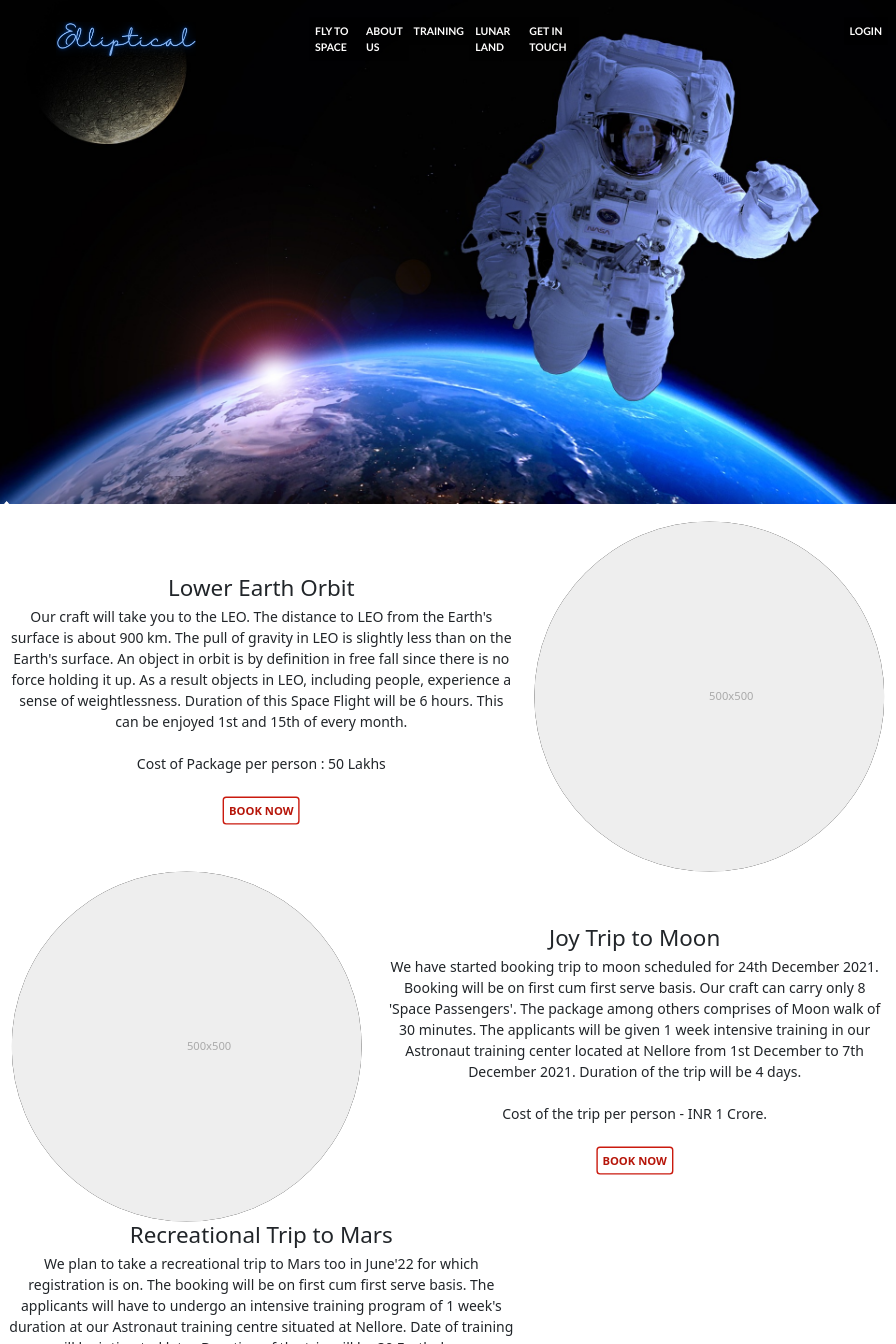
Repository: sarthakkathpalia/elliptical
Page: html/home.html
An editor plug-in stored every save of this project. The page is shown before and after the next save, followed by the edit.
The browser window is 1280 px wide. The pictures show the part of the page from y = 0 to 1920 px (the page is 4107 px tall), at 70% of full size.
Some web libraries are served in a nearby version.

Above is the page before, as saved 2021-10-31 16:11:27.
Console error: ReferenceError: emailjs is not defined

### html/home.html
<!doctype html>
<html lang="en">
  <head>
    <!-- Required meta tags -->
    <meta charset="utf-8">
    <meta name="viewport" content="width=device-width, initial-scale=1">

    <!-- Bootstrap CSS -->
    <link href="https://cdn.jsdelivr.net/npm/bootstrap@5.1.3/dist/css/bootstrap.min.css" rel="stylesheet" integrity="sha384-1BmE4kWBq78iYhFldvKuhfTAU6auU8tT94WrHftjDbrCEXSU1oBoqyl2QvZ6jIW3" crossorigin="anonymous">
    <link rel="stylesheet" href="/Css/home.css">
    <script type="text/javascript" src="https://cdn.jsdelivr.net/npm/emailjs-com@3/dist/email.min.js"></script>
    <link rel="stylesheet" href="https://cdn.jsdelivr.net/npm/bootstrap-icons@1.6.1/font/bootstrap-icons.css">

    <script type="text/javascript">
    (function() {
    emailjs.init("user_RQy2NQAr1UeMOoaw4Cpgi");
    })();
    </script>
    <title>XYZ</title>
  </head>
  <body>

    <nav class="navbar navbar-expand-lg ">

      <a class="logo" href="#">
        <img src="./Ellip1.png" alt="Elliptical" width="200px" height="50px">
      </a>

        <div class="container">
        <!-- <button class="navbar-toggler" type="button" data-bs-toggle="collapse" data-bs-target="#navbarNavDropdown" aria-controls="navbarNavDropdown" aria-expanded="false" aria-label="Toggle navigation">
          <span class="navbar-toggler-icon"></span>
        </button> -->

        <div class="collapse navbar-collapse" id="navbarNavDropdown">
          <ul class="navbar-nav ">
            <li class="nav-item">
              <a class="nav-link" href="login.html">FLY TO SPACE</a>
            </li>
            <li class="nav-item">
              <a class="nav-link" href="#section2">About Us</a>
            </li>
            <li class="nav-item">
            <li class="nav-item">
                <a class="nav-link" href="test.html">Training</a>
            </li>
              <a class="nav-link" href="#">Lunar Land</a>
            </li>
            <li class="nav-item">
              <a class="nav-link" href="#contact">Get In Touch</a>
            </li>
            <li class="nav-item login">
              <a class="nav-link" href="login.html">Login</a>
            </li>
          </ul>
            <!-- <li class="nav-item dropdown">
              <a class="nav-link dropdown-toggle" href="#" id="navbarDropdownMenuLink" role="button" data-bs-toggle="dropdown" aria-expanded="false">
                Dropdown link
              </a>
              <ul class="dropdown-menu" aria-labelledby="navbarDropdownMenuLink">
                <li><a class="dropdown-item" href="#">Action</a></li>
                <li><a class="dropdown-item" href="#">Another action</a></li>
                <li><a class="dropdown-item" href="#">Something else here</a></li>
              </ul>
            </li> -->



            <!-- <div class="right ms-auto">
            <a class="nav-link" href="#"></a>
          </div>
          <input type="checkbox" id="check"> -->
    <!-- <label for="check">
      <i class="bi bi-bag" id="btn"></i>
      <i class="bi bi-x-square" id="cancel"></i>
    </label> -->
    <!-- <div class="sidebar">
      <header>Shop</header>
      <a href="#" class="active">
        <i class="bi bi-caret-right"></i>
        <span>Dashboard</span>
      </a>
      <a href="#">
        <i class="bi bi-caret-right"></i>
        <span>Shortcuts</span>
      </a>
      <a href="#">
        <i class="bi bi-caret-right"></i>
        <span>Overview</span>
      </a>
      <a href="#">
        <i class="bi bi-caret-right"></i>
        <span>Events</span>
      </a>
      <a href="#">
        <i class="bi bi-caret-right"></i>
        <span>About</span>
      </a>
      <a href="#">
        <i class="bi bi-caret-right"></i>
        <span>Services</span>
      </a>
      <a href="#">
        <i class="bi bi-caret-right"></i>
        <span>Contact</span>
      </a>
    </div> -->
        </div>
      </div>
    </nav>





    <div class="home vh-100 d-flex align-items-center " id="home">
      <div class="container ">
          <div class="row">
              <div class="col-lg-7 mx-auto text-center">
                  <!-- <h1 class="display-4 ">Elliptical</h1> -->
                  <!-- <p class=" my-3">Lorem ipsum dolor sit amet, consectetur adipisicing elit. Eaque quia
                      sequi eius. Quas, totam aliquid. Repudiandae reiciendis vel excepturi ipsa voluptate dicta!
                  </p> -->
              </div>
          </div>
      </div>
  </div>


      <a id="arrow" class = "arrow" href="#home "><i class="up"></i></a>
      <a id="arrow" class = "arrow" href="#section2 "><i class="down"></i></a>







<div class="container marketing">



  <div id="fly" class="con1 ">
  <div class="row featurette align-items-center">
    <div class="col-md-7">
      <h2 class="featurette-heading">Lower Earth Orbit </h2>
      <p class="lead">Our craft will take you to the LEO. The distance to LEO from the Earth's surface is about 900 km. The pull of gravity in LEO is slightly less than on the Earth's surface. An object in orbit is by definition in free fall since there is no force holding it up. As a result objects in LEO, including people, experience a sense of weightlessness.
        Duration of this Space Flight will be 6 hours. This can be enjoyed 1st and 15th of every month.
        <br><br>
        Cost of Package per person : 50 Lakhs</p>
<br>
      <div class="Booknow">
        <a  href="login.html">Book Now</a>
      </div>

    </div>
    <div class="col-md-5">
      <!-- <img src="cosmos.jpg" alt=""> -->
      <svg class="bd-placeholder-img bd-placeholder-img-lg featurette-image img-fluid mx-auto" width="500" height="500" xmlns="http://www.w3.org/2000/svg" role="img" aria-label="Placeholder: 500x500" preserveAspectRatio="xMidYMid slice" focusable="false"><title>Placeholder</title><rect width="100%" height="100%" fill="#eee"></rect><text x="50%" y="50%" fill="#aaa" dy=".3em">500x500</text></svg>

    </div>
  </div>
</div>


<div id="fly" class="con2">
  <div class="row featurette align-items-center">
    <div class="col-md-7 order-md-2">
      <h2 class="featurette-heading">Joy Trip to Moon </h2>
      <p class="lead">We have started booking trip to moon scheduled for 24th December 2021. Booking will be on first cum first serve basis. Our craft can carry only 8 'Space Passengers'. The package among others comprises of Moon walk of 30 minutes. The applicants will be given 1 week intensive training in our Astronaut training center located at Nellore from 1st December to 7th December 2021. Duration of the trip will be 4 days. <br><br>Cost of the trip per person - INR 1 Crore.</p>
      <br>
      <div class="Booknow">
        <a  href="login.html">Book Now</a>
      </div>
    </div>
    <div class="col-md-5 order-md-1">
      <svg class="bd-placeholder-img bd-placeholder-img-lg featurette-image img-fluid mx-auto" width="500" height="500" xmlns="http://www.w3.org/2000/svg" role="img" aria-label="Placeholder: 500x500" preserveAspectRatio="xMidYMid slice" focusable="false"><title>Placeholder</title><rect width="100%" height="100%" fill="#eee"></rect><text x="50%" y="50%" fill="#aaa" dy=".3em">500x500</text></svg>

    </div>
  </div>
</div>


<div id="fly" class="con3">
  <div class="row featurette align-items-center">
    <div class="col-md-7">
      <h2 class="featurette-heading">Recreational Trip to Mars</h2>
      <p class="lead">We plan to take a recreational trip to Mars too in June'22 for which registration is on. The booking will be on first cum first serve basis. The applicants will have to undergo an intensive training program of 1 week's duration at our Astronaut training centre situated at Nellore. Date of training will be intimated later. Duration of the trip will be 30 Earth days. <br><br>Cost of the trip per person - INR 2 Crores.</p>
      <br>
      <div class="Booknow">
        <a  href="login.html">Book Now</a>
      </div>
    </div>
    <div class="col-md-5">
      <!-- <svg class="bd-placeholder-img bd-placeholder-img-lg featurette-image img-fluid mx-auto" width="500" height="500" xmlns="http://www.w3.org/2000/svg" role="img" aria-label="Placeholder: 500x500" preserveAspectRatio="xMidYMid slice" focusable="false"><title>Placeholder</title><rect width="100%" height="100%" fill="#eee"></rect><text x="50%" y="50%" fill="#aaa" dy=".3em">500x500</text></svg> -->

    </div>
  </div>
</div>


<div id="fly" class="con4 ">
<div class="row featurette align-items-center">
  <div class="col-md-7 order-md-2">
    <h2 class="featurette-heading">Honey To Moon </h2>
    <p class="lead">We have a special package for Honeymooners. The newly wedded couples can now choose to go to Moon for their Honeymoon for a period of 3 days. The package among others has provision if Moon Walk for the couple for 30 minutes duration. The craft has a special cabin for Honeymooners to provide privacy. <br><br>Discounted cost of Package per Couple - INR 1.5 Crores.</p>
    <br>
    <div class="Booknow">
      <a  href="login.html">Book Now</a>
    </div>
  </div>
  <div class="col-md-5 order-md-1">
    <svg class="bd-placeholder-img bd-placeholder-img-lg featurette-image img-fluid mx-auto" width="500" height="500" xmlns="http://www.w3.org/2000/svg" role="img" aria-label="Placeholder: 500x500" preserveAspectRatio="xMidYMid slice" focusable="false"><title>Placeholder</title><rect width="100%" height="100%" fill="#eee"></rect><text x="50%" y="50%" fill="#aaa" dy=".3em">500x500</text></svg>

  </div>
</div>
</div>
</div>

  <!-- <div class="col-md-5">
    <svg class="bd-placeholder-img bd-placeholder-img-lg featurette-image img-fluid mx-auto" width="500" height="500" xmlns="http://www.w3.org/2000/svg" role="img" aria-label="Placeholder: 500x500" preserveAspectRatio="xMidYMid slice" focusable="false"><title>Placeholder</title><rect width="100%" height="100%" fill="#eee"></rect><text x="50%" y="50%" fill="#aaa" dy=".3em">500x500</text></svg>

  </div>
</div>
</div> -->

<!-- <section id="services">

  <div class="container">
      <div class="row  mb-5">
          <div class=" col-md-8 mx-auto text-center">

              <h1 data-aos="fade-up">Reviews</h1>
              <p>Lorem ipsum dolor sit amet consectetur nisi necessitatibus repellat distinctio eveniet eaque fuga
                  in cumque optio consectetur harum vitae debitis sapiente praesentium aperiam aut</p>
          </div>
      </div>
      <div class="row g-4">
          <div class="col-lg-4 col-sm-6">
              <div class="service card-effect bounceInUp">
                  <div class="iconbox">
                      <i class='bx bxs-check-shield'></i>
                  </div>
                  <h5 class="mt-4 mb-2">x</h5>
                  <p>Lorem ipsum dolor sit amet consectetur adipisicing elit. Nihil perspiciatis illo asperiores
                      perferendis </p>
              </div>
          </div>
          <div class="col-lg-4 col-sm-6">
              <div class="service card-effect">
                  <div class="iconbox">
                      <i class='bx bxs-comment-detail'></i>
                  </div>
                  <h5 class="mt-4 mb-2">y</h5>
                  <p>Lorem ipsum dolor sit amet consectetur adipisicing elit. Nihil perspiciatis illo asperiores
                      perferendis </p>
              </div>
          </div>
          <div class="col-lg-4 col-sm-6">
              <div class="service card-effect">
                  <div class="iconbox">
                      <i class='bx bxs-cog'></i>
                  </div>
                  <h5 class="mt-4 mb-2">z</h5>
                  <p>Lorem ipsum dolor sit amet consectetur adipisicing elit. Nihil perspiciatis illo asperiores
                      perferendis </p>
              </div>
          </div>
         </div>

  </div>
</section> -->
<main id=section2>
  <div class=" section2 container ">
    <div class="row ">
      <div class="col-lg-6 ">
          <h1 data-js="reveal" class="display-4 ">About Us</h1>
          <p  data-js="reveal" class=" my-3">
            Our planet Earth has about 8 Billion people and hardly 650 of them have been lucky enough who got the opportunity to travel in space under various missions. In 2020, Elliptical opened the doors for common citizens to explore space, not under any Government Mission but on a joy trip on a Space Craft owned by us named __(space craft name). It is a matter of pride that we will be the first Indian company to start space travel as a private enterprise. Our first trip to Moon is scheduled for 24th December 2021 from 'Sriharikota' and later in June'22 we plan to take a trip to Mars too. However we have not restricted our spectrum of activities to Space Travel only but we also undertake training of people for Space Travel and besides we are authorised company for sale of Lunar Land!!
          </p>
      </div>
    </div>
</div>
</main>
<div id= "contact" class="form">

  <h2>Get in Touch</h2>
  <label htmlFor="name">Name</label>
  <input type="text" id="name"/>
  <label htmlFor="City">City</label>
  <input type="text" id="city"/>
  <label htmlFor="email">E-Mail</label>
  <input type="email" id="email"/>
  <label>Contact Details</label>
  <textarea  rows="7" cols="100"  id="message" ></textarea>
  <button class="b1" onclick="sendEmail()">Submit</button>
</div>



<footer class="py-3 my-0">
  <!-- <ul class="nav justify-content-center border-bottom pb-3 mb-3">
    <li class="nav-item"><a href="#" class="nav-link px-2 text-muted">Home</a></li>
    <li class="nav-item"><a href="#" class="nav-link px-2 text-muted">Features</a></li>
    <li class="nav-item"><a href="#" class="nav-link px-2 text-muted">Pricing</a></li>
    <li class="nav-item"><a href="#" class="nav-link px-2 text-muted">FAQs</a></li>
    <li class="nav-item"><a href="#" class="nav-link px-2 text-muted">About</a></li>
  </ul> -->
  <p class="text-center text-muted">© 2021 Elliptical, Inc</p>
</footer>



    <!-- Optional JavaScript; choose one of the two! -->

    <!-- Option 1: Bootstrap Bundle with Popper -->
    <script src="https://cdn.jsdelivr.net/npm/bootstrap@5.1.3/dist/js/bootstrap.bundle.min.js" integrity="sha384-ka7Sk0Gln4gmtz2MlQnikT1wXgYsOg+OMhuP+IlRH9sENBO0LRn5q+8nbTov4+1p" crossorigin="anonymous"></script>

    <!-- Option 2: Separate Popper and Bootstrap JS -->
    <!--
    <script src="https://cdn.jsdelivr.net/npm/@popperjs/core@2.10.2/dist/umd/popper.min.js" integrity="sha384-7+zCNj/IqJ95wo16oMtfsKbZ9ccEh31eOz1HGyDuCQ6wgnyJNSYdrPa03rtR1zdB" crossorigin="anonymous"></script>
    <script src="https://cdn.jsdelivr.net/npm/bootstrap@5.1.3/dist/js/bootstrap.min.js" integrity="sha384-QJHtvGhmr9XOIpI6YVutG+2QOK9T+ZnN4kzFN1RtK3zEFEIsxhlmWl5/YESvpZ13" crossorigin="anonymous"></script>
    -->
    <script src="/main.js"></script>
  </body>
</html>

### Css/home.css

*{
    margin: 0;
    padding: 0;
    box-sizing: border-box;
}
.bd-placeholder-img{
    background-color: #000000;
/* background: url("/Images/moonphase.jpg"); */
}
.logo{
    /* background-color: white; */
   /* margin: 0px; */
   margin-left: 80px;
   /* margin-top: -70px; */
}
.navbar-nav{
    font-weight: bold;
    text-transform: uppercase;
    margin-left: 150px;
    font-size: 15px;
    font-family: 'Gill Sans', 'Gill Sans MT', Calibri, 'Trebuchet MS', sans-serif;
}

.navbar{
    position: fixed;
    z-index: 10;
    margin-top: 17px;
    width: 100%;

}
.navbar-nav a{
    color: rgb(255, 254, 253);
    background-color: rgba(0, 0, 0, 0.459);

}

.navbar-nav a:hover{
    color: rgb(78, 168, 209);

}
.home{
    position: relative;
    background-image: url(/Images/astronaut.jpg);
    background-size: cover;
    background-position: center;
}
.home .row{
    margin-top: 350px;
}
.home h1{
    color: rgb(255, 255, 255);
    font-weight: bold;
}
.home p{
    color: antiquewhite;
}
.row a{
    border: 2px solid wheat;
    color: aliceblue;
}
.row a:hover{
    transition: 0.2s;
    transform: translateY(5%);
    font-size: 18px;
    border: 2px solid wheat;
    color: aliceblue;
}
.right{
    color: white;
    margin-top: 10px;
    margin-left: 20px;
    margin-right: 20px;
}

.right a{
   color: white;
   font-weight: bold;
   text-transform: uppercase;

   font-size: 15px;
   font-family: 'Gill Sans', 'Gill Sans MT', Calibri, 'Trebuchet MS', sans-serif;
}
.right a:hover{
    color: rgb(78, 168, 209);
    text-decoration: underline;
    transition: 0.5s;
   font-size: 18px;
   transform: translateY(-8%);

}
.nav-item a:focus{
    color:black;
}

section {

    height:700px;

  }
  .service{
    padding: 25px;
    box-shadow: 5px 8px 22px rgba(0, 0, 0, 0.199);
    transition: all 0.35s ease;
  }

  .service:hover{
    box-shadow: 5px 8px 22px rgba(38, 17, 66, 0.205);
    transform: translateY(5px);

  }


   #section2 .container {

    height:650px;

    background-image: url(/Images/moonphase.jpg);
    background-repeat: no-repeat;
    background-size: cover;
    background-position: center;
    max-width: 100%;
    text-align: center;

  }

  .section2 h1{
    text-align: center;
    font-weight: bold;
    color: #b93632;
    padding-bottom: 47px;

  }
  .section2 p{

    padding-bottom: 50px;
    font-size: 20px;
  }

  .section2 .row{
    display: flex;
     max-width: 100%;
    padding: 70px;
     justify-content: center;
     margin-bottom:150px ;
    color: aliceblue;
    font-size: 18px;
  }
  [data-reveal="text"]{
      opacity: 0;

  }
  [data-js="reveal"].loaded [data-reveal="text"]{
      opacity:1;
      animation:reveal-text 1.5s ease;

  }
  @keyframes reveal-text {
      0%{
         opacity: 0;

      }
      50%{

          opacity: 1;
      }

    }

    .marketing{


      background-size: cover;
      background-position: center;
      max-width: 100%;

    }


      footer {
        background-color: #000000e7;
        margin-bottom: 0%;
        /* background-image:url(/Images/cosmos.jpg) ; */
      }
      .form{

        height: 820px;
        font-family: 'Gill Sans', 'Gill Sans MT', Calibri, 'Trebuchet MS', sans-serif;
        font-weight: bolder;
        padding-top: 80px;
        padding-left: 200px;
        /* background-image:url("/Images/contact.jpg"); */

        display: flex;
        color: rgba(255, 255, 255, 0.904);
        flex-direction: column;
        background-image: url(/Images/rotating-earth.gif);
         background-repeat: no-repeat;
         background-size: cover;
         background-position: center;
    }

    input,textarea{
        /* background-color: slategrey; */
        background: transparent;
        border-color: rgba(255, 255, 255, 0.918);
        border-width: 3px;
        color: white;
    }
    textarea{
        width:350px;

        border-radius: 8px;

    }
    input{
        width:350px;
        height: 30px;
        border-radius: 8px;
    }

    label{
        font-size: 20px;
        margin-top: 30px;
        margin-bottom: 3px;
    }
    .b1{
        margin-top: 20px;
        color: rgba(255, 255, 255, 0.911);
        background-color:#000000 ;
        padding: 18px;
        font-size: 25px;
        width: 350px;
        border-radius: 8px;
    }
    .b1:hover{
        background-color: white;
        color: black;
    }
    svg{
        clip-path: circle();

    }
    i{
        border: solid white;
        border-width: 0 3px 3px 0;
        display: inline-block;
        padding: 8px;

    }

    .up{
        transform:rotate(-135deg);
    }
    .down{

        transform: rotate(45deg);
    }

.login{
    margin-left: 380px;
}



.featurette{
    text-align: center;
}
.Booknow a{
    color:rgb(182, 21, 9);
    text-decoration: none;
    padding: 7px;
    font-weight: bold;
    text-transform: uppercase;
    border-radius: 5px;
    border: 2px solid rgb(202, 26, 14);
}
.Booknow a:hover{
    background-color: rgb(202, 26, 14);
    padding: 8px;
    font-weight: normal;
    font-size: 17px;
    border:none
}

### main.js
"use strict";
const sendEmail = async () => {
  var templateParams = {
      name: document.getElementById("name").value,
      message:document.getElementById("message").value,
      city:document.getElementById("city").value,
      Email:document.getElementById("email").value
  };

  emailjs.send('service_v5j0w57', 'template_jckj8km',templateParams)
    .then(function(res)
        {
          console.log("success",res.status);
        })

  const res = await fetch("https://tea-baggins-default-rtdb.firebaseio.com/form.json",{
      method: "POST",
      headers: {
          "Content-Type" : "application/json",
      },
      body:JSON.stringify(templateParams),
     })

  console.log("submited");
  alert("Thank you for your response");
}

var COLOR_LIST = ['#31fe4d', '#ff00ff', 'orange', '#007fff', '#00ffff'];
var $targetList;

var init = function init() {
  $targetList = document.querySelectorAll('[data-js="reveal"]');
  setup();
  window.addEventListener('scroll', onScroll, false);
  window.dispatchEvent(new Event('scroll'));
};

var getArrayRandomValue = function getArrayRandomValue(array) {
  return array[Math.floor(Math.random() * array.length)];
};

var setup = function setup() {
  var _iteratorNormalCompletion = true;
  var _didIteratorError = false;
  var _iteratorError = undefined;

  try {
    for (var _iterator = $targetList[Symbol.iterator](), _step; !(_iteratorNormalCompletion = (_step = _iterator.next()).done); _iteratorNormalCompletion = true) {
      var $target = _step.value;
      var content = $target.innerHTML;
      var color = 'revealColor' in $target.dataset ? $target.dataset.revealColor : getArrayRandomValue(COLOR_LIST);
      $target.innerHTML = "<span data-reveal=\"content\"><div data-reveal=\"cover\" style=\"background-color:".concat(color, "\"></div><span data-reveal=\"text\">").concat(content, "</span></span>");
    }
  } catch (err) {
    _didIteratorError = true;
    _iteratorError = err;
  } finally {
    try {
      if (!_iteratorNormalCompletion && _iterator.return != null) {
        _iterator.return();
      }
    } finally {
      if (_didIteratorError) {
        throw _iteratorError;
      }
    }
  }
};

var onScroll = function onScroll() {
  var windowH = window.innerHeight;
  var scrollTop = document.documentElement.scrollTop || document.body.scrollTop;
  var isMostScroll = document.body.clientHeight <= scrollTop + windowH;
  var _iteratorNormalCompletion2 = true;
  var _didIteratorError2 = false;
  var _iteratorError2 = undefined;

  try {
    for (var _iterator2 = $targetList[Symbol.iterator](), _step2; !(_iteratorNormalCompletion2 = (_step2 = _iterator2.next()).done); _iteratorNormalCompletion2 = true) {
      var $target = _step2.value;
      if ($target.classList.contains('loaded')) continue;
      var rect = $target.getBoundingClientRect();
      var top = rect.top + scrollTop;
      if (isMostScroll || top <= scrollTop + windowH * .8) $target.classList.add('loaded');
    }
  } catch (err) {
    _didIteratorError2 = true;
    _iteratorError2 = err;
  } finally {
    try {
      if (!_iteratorNormalCompletion2 && _iterator2.return != null) {
        _iterator2.return();
      }
    } finally {
      if (_didIteratorError2) {
        throw _iteratorError2;
      }
    }
  }
};

document.addEventListener('DOMContentLoaded', init, false);

After the next save:
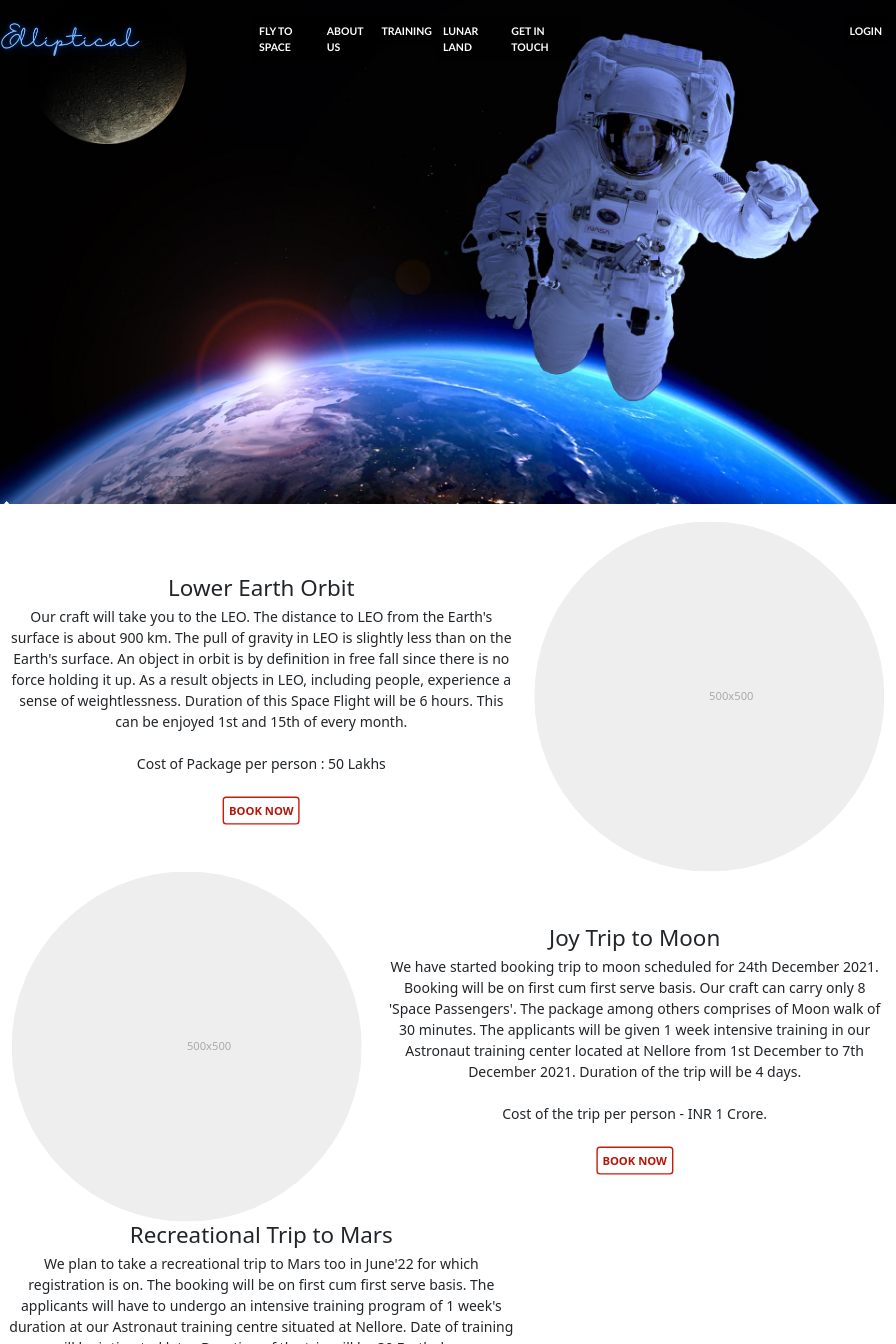
Saved 6 s later.
--- a/Css/home.css
+++ b/Css/home.css
@@ -4,10 +4,10 @@
     padding: 0;
     box-sizing: border-box;
 }
-.bd-placeholder-img{
+/* .bd-placeholder-img{
     background-color: #000000;
 /* background: url("/Images/moonphase.jpg"); */
-}
+} */
 .logo{
     /* background-color: white; */
    /* margin: 0px; */
